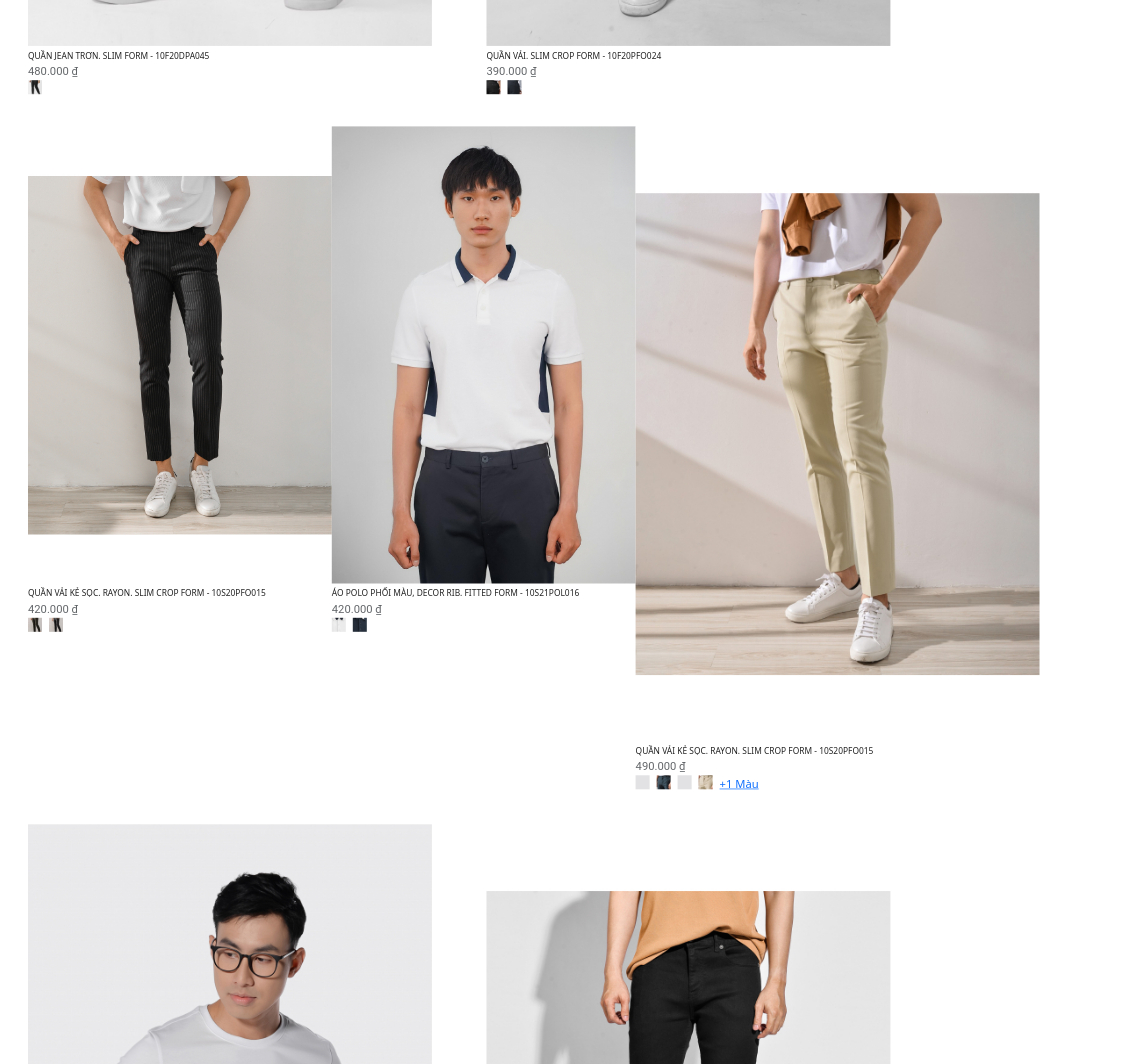
Repository: NguyenQuangQuan021099/FE_Page-Male
Page: Danh sách/page1.html
The author's editor kept a copy of each file at every save. The page is drawn from the files as they stood at one save, then again after a run of saves.
The browser window is 1280 px wide. The page is 1628 px wide, then 1480 px, so the pictures cover 1628 px, including what lies to the right of the window. The pictures show the part of the page from y = 1812 to 3332 px (the page is 4971 px tall before and 4672 px after), at 70% of full size.
Some web libraries are served in a nearby version.

Above is the page before, as saved 2021-07-02 11:17:08.

### Danh sách/page1.html
<!DOCTYPE html>
<html lang="en">
<head>
    <meta charset="UTF-8">
    <meta http-equiv="X-UA-Compatible" content="IE=edge">
    <meta name="viewport" content="width=device-width, initial-scale=1.0">
    <script src="https://kit.fontawesome.com/ce2ff1d6ed.js" crossorigin="anonymous"></script>
    <link href="https://cdn.jsdelivr.net/npm/bootstrap@5.0.1/dist/css/bootstrap.min.css" rel="stylesheet" integrity="sha384-+0n0xVW2eSR5OomGNYDnhzAbDsOXxcvSN1TPprVMTNDbiYZCxYbOOl7+AMvyTG2x" crossorigin="anonymous">
    <link rel="stylesheet" href="page1.css">
    <script src="https://code.jquery.com/jquery-3.6.0.min.js" integrity="sha256-/xUj+3OJU5yExlq6GSYGSHk7tPXikynS7ogEvDej/m4=" crossorigin="anonymous"></script>
    <title>Danh sách - Trang 1</title>
</head>
<body>
    <div class="product">
        <ol class="product product-list-items">

          <li class="product-item">
            <!-- begin quan jean rach -->
                <div class="product__item__info">
                    <a href=""><img src="./img/Quần Jean rách/mausac_mindigo_10f20dpa036__4__83540e42a567450e871f5e54799a25b4_1.jpg" alt="" srcset=""></a>
                    <div class="sub__div">
                        <a href="#" class="content"> Quần Jean rách. SLIM CROP Form - 10F20DPA036</a> <br>
                        <span class="price">480.000&nbsp;₫</span>
                        <div class="mini__img">
                          <a class="img__mini-1"  href="#">
                            <div class="sub__content">
                              M/INDIGO
                            </div>
                          </a>
                        </div>
                      </div>
                </div>
            <!-- end quan jean rach -->
          </li>

          <li class="product-item items">
            <!-- begin quan jean tron -->
                <div class="product__item__info">
                    <a href=""><img  src="./img/Quần Jean trơn/mausac_dgrey_10f20dpa045__3__f96be7eb755242d6a1bf9d6ed867b13b_1.jpg" ></a>
                      <div class="sub__div">
                        <a href="#" class="content"> Quần Jean trơn. SLIM form - 10F20DPA045</a> <br>
                        <span class="price">480.000&nbsp;₫</span>
                        <div class="mini__img">
                          <a class="img__mini-2" href="#">
                            <div class="sub__content">
                              D/GREY
                            </div>
                          </a>
                        </div>
                      </div>
                </div>
            <!-- end quan jean tron -->

            <!-- begin quan vai -->
                <div class="product__item__info">
                    <a href=""><img src="./img/Quần vải/dsc_5138_1.jpg" alt="Quần vải. SLIM CROP form - 10F20PFO024" ></a>
                    <div class="sub__div">
                      <a href="#" class="content"> Quần vải. SLIM CROP form - 10F20PFO024</a> <br>
                      <span class="price">390.000&nbsp;₫</span>
                      <div class="mini__img">
                        <a class="img__mini-3-1" href="#">
                          <div class="sub__content">
                            BLACK
                          </div>
                        </a>
                        <a class="img__mini-3-2" href="#">
                          <div class="sub__content">
                            navy
                          </div>
                        </a>
                      </div>
                    </div>
                </div>
              <!-- end quan vai -->
          </li>

          <li class="product-item items">
              <div class="sub-items">
            <!-- begin quan vai ke soc -->
              <div class="product__item__info">
                <a href="#"><img src="./img/Quần vải kẻ sọc/mausac_black_dsc_7842_a620a9b959f64f32938ab38f368556b1_1.jpg" ></a>
                <div class="sub__div">
                  <a href="#" class="content"> Quần vải kẻ sọc. Rayon. SLIM CROP form - 10S20PFO015 </a> <br>
                  <span class="price">420.000&nbsp;₫</span>
                  <div class="mini__img">
                    <a class="img__mini-4-1" href="#">
                      <div class="sub__content">
                        BLACK BEAUTY
                      </div>
                    </a>
                    <a class="img__mini-4-2" href="#">
                      <div class="sub__content">
                        WREN
                      </div>
                    </a>
                  </div>
                </div>
              </div>
            <!-- end quan vai ke soc -->
            <!-- begin ao polo -->
              <div class="product__item__info">
                <a href="#"><img src="./img/Áo Polo phối màu/10s21pol016.4_1.jpg"  ></a>
                <div class="sub__div">
                  <a href="#" class="content"> Áo polo phối màu, decor Rib. FITTED form - 10S21POL016</a> <br>
                  <span class="price">420.000&nbsp;₫</span>
                  <div class="mini__img">
                    <a class="img__mini-5-1" href="http://google.com">
                      <div class="sub__content">
                        BRIGHT WHITE
                      </div>
                    </a>
                    <a class="img__mini-5-2" href="http://google.com">
                      <div class="sub__content">
                        DARK SAPPHIRE
                      </div>
                    </a>
                  </div>
                </div>
              </div>
            <!-- end ao polo -->
            </div>
            <!-- begin quan vai ke soc -->
            <div class="product__item__info">
              <a href="#"><img  class="image-3" src="./img/Quần vải trơn/dsc_7548_1.jpg" ></a>
              <div class="sub__div">
                <a href="#" class="content"> Quần vải kẻ sọc. Rayon. SLIM CROP form - 10S20PFO015 </a> <br>
                <span class="price">490.000&nbsp;₫</span>
                <div class="mini__img">
                  <a class="img__mini-6-1" href="http://google.com">
                    <div class="sub__content">
                      GREY MELANGE
                    </div>
                  </a>
                  <a class="img__mini-6-2" href="http://google.com">
                    <div class="sub__content">
                      PURPLE BLUE
                    </div>
                  </a>
                  <a class="img__mini-6-3" href="http://google.com">
                    <div class="sub__content">
                      LIGHT GREY
                    </div>
                  </a>
                  <a class="img__mini-6-4" href="http://google.com">
                    <div class="sub__content">
                      BEIGE
                    </div>
                  </a>
                 <div class="show-hide">
                  <a href="#" class="hide">+1 Màu</a>
                  <a class="img__mini-6-5 show" href="http://google.com">
                    <div class="sub__content">
                      BLACK
                    </div>
                  </a>
                 </div>
                </div>
              </div>
            </div>
            <!-- end quan vai ke soc -->
          </li>

          <li class="product-item items">
            <!-- begin ao thun tay ngan -->
            <div class="product__item__info">
            <a href="#"><img  src="./img/Áo thun tay ngắn/10f20tsh001.1_1.jpg" ></a>
            <div class="sub__div">
              <a href="#" class="content"> Áo thun tay ngắn. Cotton. Fitted form - 10F20TSH001 </a> <br>
              <span class="price">190.000&nbsp;₫</span>
              <div class="mini__img">
                <a class="img__mini-7-1" href="http://google.com">
                  <div class="sub__content">
                    NIGHT SKY
                  </div>
                </a>
                <a class="img__mini-7-2" href="http://google.com">
                  <div class="sub__content">
                    REAL BLACK
                  </div>
                </a>
                <a class="img__mini-7-3" href="http://google.com">
                  <div class="sub__content">
                    BRIGHT WHITE
                  </div>
                </a>
                <a class="img__mini-7-4" href="http://google.com">
                  <div class="sub__content">
                    BUNGEE CORD
                  </div>
                </a>
              </div>
            </div>
            </div>
            <!-- end ao thun tay ngan -->

            <!-- begin quan jean den -->
                <div class="product__item__info">
                  <a href="#"><img  src="./img/Quần Jean đen/mausac_black_dsc_0716__2__0ac6d2bbb2a94f2da7f33ce337a26ece_7.jpg" alt="Quần Jean rách. SLIM CROP Form - 10F20DPA036" ></a>
                  <div class="sub__div">
                    <a href="#" class="content"> Quần JEAN đen. COTTON. SLIM FIT form - 10S20DPA055</a> <br>
                    <span class="price">450.000&nbsp;₫</span>
                    <div class="mini__img">
                      <a class="img__mini-8"  href="#">
                        <div class="sub__content">
                          BLACK
                        </div>
                      </a>
                    </div>
                  </div>
                </div>
              <!-- end quan jean den -->
          </li>

          <li class="product-item items">
          <div class="sub-items">
          <!-- begin quan jean rach goi -->
            <div class="product__item__info">
              <a href="#"><img class="img-responsive1" src="./img/Quần jean rách gối/mausac_black_10s21dpa038_1__1.jpg" alt="Quần Jean rách. SLIM CROP Form - 10F20DPA036" ></a>
                <div class="sub__div">
                  <a href="#" class="content"> Quần jean rách gối. SLIM CROP form - 10S21DPA038</a> <br>
                  <span class="price">480.000&nbsp;₫</span>
                  <div class="mini__img">
                    <a class="img__mini-10"  href="#">
                      <div class="sub__content">
                        BLACK
                      </div>
                    </a>
                  </div>
                </div>
            </div>
           <!-- end quan jean rach goi-->

          <div class="sub__image">
            <a href="#"><img src="./img/Quần jean rách gối/mausac_black_10s21dpa038_2__2.jpg"></a>
          </div>
          </div>
          <!-- begin quan soc tron -->
          <div class="product__item__info">
            <a href="#"><img  class="image-3" src="./img/Quần vải trơn/dsc_7548_1.jpg" ></a>
            <div class="sub__div">
              <a href="#" class="content"> Quần vải kẻ sọc. Rayon. SLIM CROP form - 10S20PFO015 </a> <br>
              <span class="price">490.000&nbsp;₫</span>
              <div class="mini__img">
                <a class="img__mini-6-1" href="http://google.com">
                  <div class="sub__content">
                    GREY MELANGE
                  </div>
                </a>
                <a class="img__mini-6-2" href="http://google.com">
                  <div class="sub__content">
                    PURPLE BLUE
                  </div>
                </a>
                <a class="img__mini-6-3" href="http://google.com">
                  <div class="sub__content">
                    LIGHT GREY
                  </div>
                </a>
                <a class="img__mini-6-4" href="http://google.com">
                  <div class="sub__content">
                    BEIGE
                  </div>
                </a>
               <div class="show-hide">
                <a href="#" class="hide">+1 Màu</a>
                <a class="img__mini-6-5 show" href="http://google.com">
                  <div class="sub__content">
                    BLACK
                  </div>
                </a>
               </div>
              </div>
            </div>
          </div>
          <!-- end quan soc tron-->
        </li>


    </ol>
    </div>


    <script src="./page1.js"></script>
    <script src="https://cdn.jsdelivr.net/npm/@popperjs/core@2.9.2/dist/umd/popper.min.js" integrity="sha384-IQsoLXl5PILFhosVNubq5LC7Qb9DXgDA9i+tQ8Zj3iwWAwPtgFTxbJ8NT4GN1R8p" crossorigin="anonymous"></script>
    <script src="https://cdn.jsdelivr.net/npm/bootstrap@5.0.1/dist/js/bootstrap.min.js" integrity="sha384-Atwg2Pkwv9vp0ygtn1JAojH0nYbwNJLPhwyoVbhoPwBhjQPR5VtM2+xf0Uwh9KtT" crossorigin="anonymous"></script>
</body>
</html>

### Danh sách/page1.css
*{
    padding: 0;
    margin: 0;
    box-sizing: border-box ;
}

.product .product-list-items .product-item{
    width: 100%;
    display: flex;
    justify-content: center;
    margin-bottom: 30px;
}

.product .product-list-items .items{
    display: flex;
    justify-content: space-between;
    padding: 8px;
}

.items img{
    width: 577px;
    height: 878px;
}

.items .sub-items{
    display: flex;
}

.sub-items .product__item__info a img{
    width: 434px;
    height: 653px;
}

.sub
.product__item__info a .image-3{
    width: 429px;
    height: 652px;
}

img{
    width: 587px;
    height: 892px;
    margin: auto ;
}

.content{
    color: #222;
    font-weight: 400;
    text-transform: uppercase;
    font-size: 12px;
    text-decoration: none;
}

.price{
    opacity: 0.7;
    font-size: 16px;
    font-family: Roboto;
}

.mini__img{
    display: flex;
    position: relative;
}

.mini__img .img__mini-1, .img__mini-2, .img__mini-3-1,.img__mini-3-2, .img__mini-4-1, .img__mini-4-2,
.img__mini-5-1,.img__mini-5-2, .img__mini-6-1, .img__mini-6-2, .img__mini-6-3, .img__mini-6-4,.img__mini-6-5,
.img__mini-7-1, .img__mini-7-2, .img__mini-7-3, .img__mini-7-4,.img__mini-7-5, .img__mini-8,.img__mini-9-1,
.img__mini-9-2,.img__mini-9-3,.img__mini-9-4,.img__mini-9-5,.img__mini-10,.img__mini-11-1,.img__mini-11-2,.img__mini-11-3,
.img__mini-11-4, .img__mini-12-1, .img__mini-12-2{
    width: 20px;
    height: 20px;
    background-size: initial;
}


.mini__img .img__mini-1{
    background: url(./img/10f20dpa036.3_1_1.jpg) center no-repeat;
}

.mini__img .img__mini-2{
    background: url(./img/_dsc9170_1.jpg) no-repeat center;
}

.mini__img .img__mini-3-1 {
    background: url(./img/dsc_5136_1_1_1.jpg) no-repeat center;
}

.mini__img .img__mini-3-2{
    background: url(./img/dsc_5167_1.jpg) no-repeat center;
    margin-left: 10px;
}

.mini__img .img__mini-4-1{
    background: url(./img/10s20pfo015_w_1_1.jpg) no-repeat center;
}

.mini__img .img__mini-4-2{
    background: url(./img/10s20pfo015b_1.jpg) no-repeat center;
    margin-left: 10px;
}

.mini__img .img__mini-5-1{
    background: url(./img/10s21pol016.6_1_1.jpg) no-repeat center;
}

.mini__img .img__mini-5-2{
    background: url(./img/n6_2_1.jpg) no-repeat center;
    margin-left: 10px;
}

.mini__img .img__mini-6-1{
    background: url(./img/cheo_19_1_16.png) no-repeat center;
}

.mini__img .img__mini-6-2{
    background: url(./img/dsc_7571_1.jpg) no-repeat center;
    margin-left: 10px;
}

.mini__img .img__mini-6-3{
    background: url(./img/cheo_20_1_5.png) no-repeat center;
    margin-left: 10px;
}

.mini__img .img__mini-6-4{
    background: url(./img/dsc_7554_2.jpg) no-repeat center;
    margin-left: 10px;
}

.mini__img .img__mini-6-5{
    background: url(./img/dsc_7585_1.jpg) no-repeat center;
    margin-left: 10px;
}

.mini__img .img__mini-7-1{
    background: url(./img/10f20tsh001.14_2_1.jpg) no-repeat center;
}

.mini__img .img__mini-7-2{
    background: url(./img/10f20tsh001.10_2_1.jpg) no-repeat center;
    margin-left: 10px;
}

.mini__img .img__mini-7-3{
    background: url(./img/10f20tsh001.2_2_1.jpg) no-repeat center;
    margin-left: 10px;
}

.mini__img .img__mini-7-4{
    background: url(./img/10f20tsh001.6_2_1.jpg) no-repeat center;
    margin-left: 10px;
}

.mini__img .img__mini-8{
    background: url(./img/10s20dpa055_01_1_1.jpg) no-repeat center;
}

.mini__img .img__mini-9-1{
    background: url(./img/mausac_micro_10s20psh006_6__1_1.jpg) no-repeat center;
}

.mini__img .img__mini-9-2{
    background: url(./img/mausac_tuffet_10s20psh006_5__1_1_1.jpg) no-repeat center;
    margin-left: 10px;
}

.mini__img .img__mini-9-3{
    background: url(./img/mausac_white_10s20psh006_6__1_1.jpg) no-repeat center;
    margin-left: 10px;
}

.mini__img .img__mini-9-4{
    background: url(./img/mausac_grey_10s20psh006_5__1_1_1.jpg) no-repeat center;
    margin-left: 10px;
}

.mini__img .img__mini-9-5{
    background: url(./img/mausac_black_10s20psh006_5__2_1.jpg) no-repeat center;
    margin-left: 10px;
}

.mini__img .img__mini-10{
    background: url(./img/mausac_black_10s21dpa038_2__1_1.jpg) no-repeat center;
}

.mini__img .img__mini-11-1{
    background: url(./img/mausac_grey_10s21pol001c_5__1_1.jpg) no-repeat center;
}

.mini__img .img__mini-11-2{
    background: url(./img/mausac_sky_10s21pol001c_4__1_1.jpg) no-repeat center;
    margin-left: 10px;
}

.mini__img .img__mini-11-3{
    background: url(./img/mausac_black_10s21pol001c_1__1_1.jpg) no-repeat center;
    margin-left: 10px;
}

.mini__img .img__mini-11-4{
    background: url(./img/mausac_white_10s21pol001c_3__1_1.jpg) no-repeat center;
    margin-left: 10px;
}

.mini__img .img__mini-12-1{
    background: url(./img/mausac_black_10s21pol001c_1__1_1.jpg) no-repeat center;
}

.mini__img .img__mini-12-2{
    background: url(./img/mausac_urban_10s21pol003_1__1_1.jpg) no-repeat center;
    margin-left: 10px;
}

.mini__img a .sub__content{
    width: 154px;
    height: 40px;
    text-align: center;
    border-radius: 3px;
    border: 1px solid black;
    color: black;
    padding: 15px;
    display: none;
    position: absolute;
    bottom: 25px;
    background-color: white;
    line-height: 4px;
}
.mini__img a:hover{
    border: 1px solid black;
}

.mini__img a:hover .sub__content{
    display: block;
}

.hide{
    text-decoration: underline;
    border-style: none;
    margin-left: 10px;
}

.pagination{
    display: block;
}

.pagination ul{
    display: flex;
    justify-content: center;
}
.pagination ul li{
    list-style: none;
    width: 30px;
    height: 30px;
    font-size: 18px;
    color: #707070;
    margin: 12px 6px;
    text-align: center;
}

.pagination ul .item__current a{
    color: black;
}

.pagination ul li:hover a{
    background-color: #ccc;
    border-radius: 2px;
    padding: 6px 12px;
}

.list-group .active{
    background-color: #fff;
    border-style: none;
    color:black ;
}

.reset-close{
    padding: 20px 0;
    display: flex;
    justify-content: space-between;
}
.reset-close .close, .reset{
    font-size: 18px;
    margin: 0 30px;
    border-style: none;
    background-color: #fff
}

.list-select{
    width: 25.8%;
    position: fixed;
    top: 0;
    display: none;
    right: 0;
    top: -10px;
    z-index: 2;
    background-color: #fff;
    border: 1px solid #fbfbfb;
}

.list-group-item-action:hover{
    background-color: #fff;
}

.list-select button{
   font-size: 18px;
}

.btn__item{
    padding-left: 30px;
}

.list-group .item__male ul li{
    list-style: none;
    padding-top: 8px;
}


.filter-option button .icon{
    display: inline;
    margin-left: 245px;
}

.filter-option button .icon .icon-1{
    display: none;
}



@keyframes mymove{
    0%{
        right: -100%;
    }
    100%{
        right: 0;
    }
}

### Danh sách/page1.js

$('.show-hide').on("click", function(e){
    $(this).find('.hide').css("display", "none");
    $(this).find('.show').css("display", "block");
    e.preventDefault();
})

After the next 2 saves:
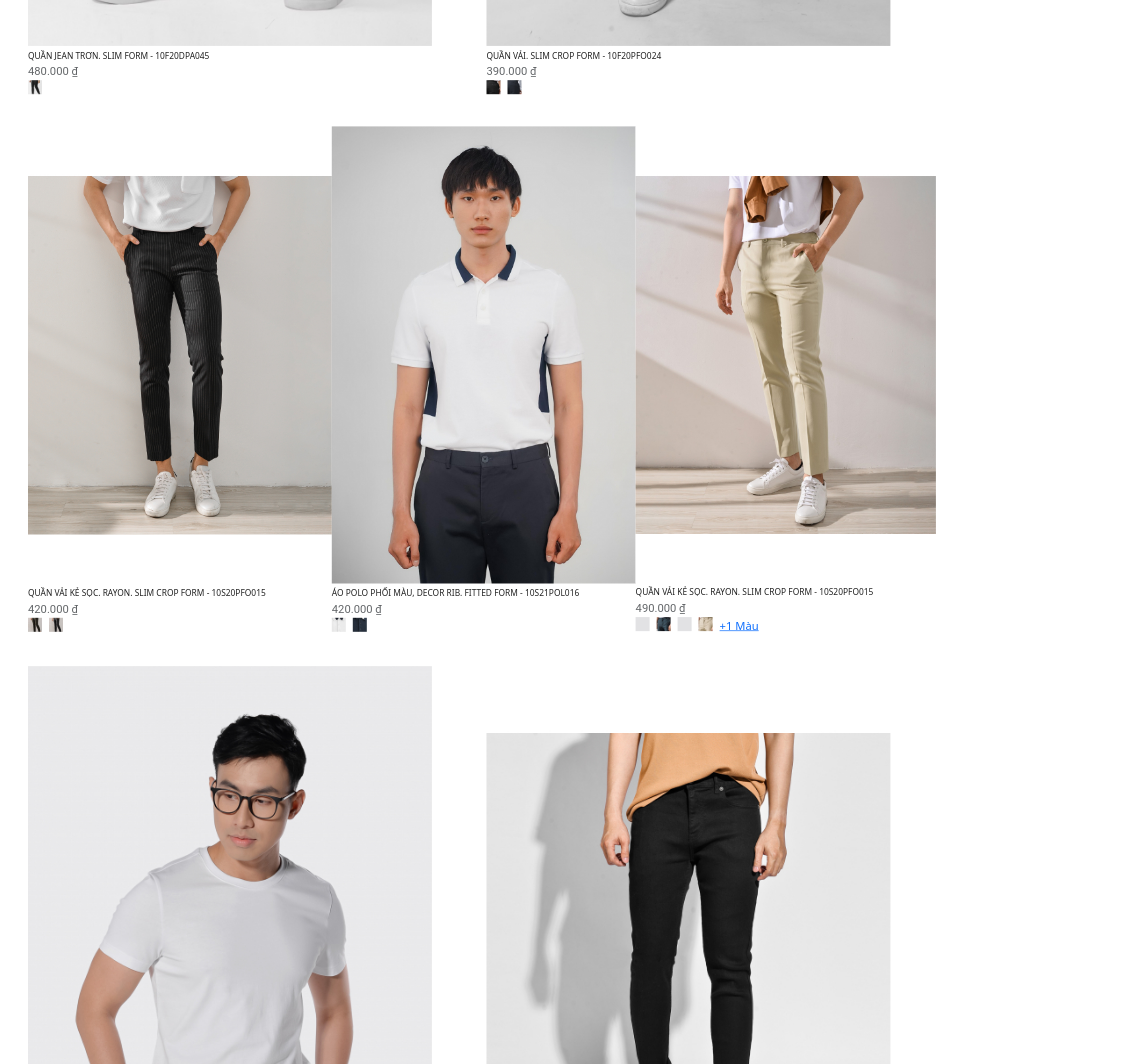
The 2 saves are shown as one change because they came seconds apart.
The last was saved 11 s later.
--- a/Danh sách/page1.css
+++ b/Danh sách/page1.css
@@ -31,7 +31,6 @@
     height: 653px;
 }
 
-.sub
 .product__item__info a .image-3{
     width: 429px;
     height: 652px;
@@ -42,6 +41,8 @@ img{
     height: 892px;
     margin: auto ;
 }
+
+
 
 .content{
     color: #222;
